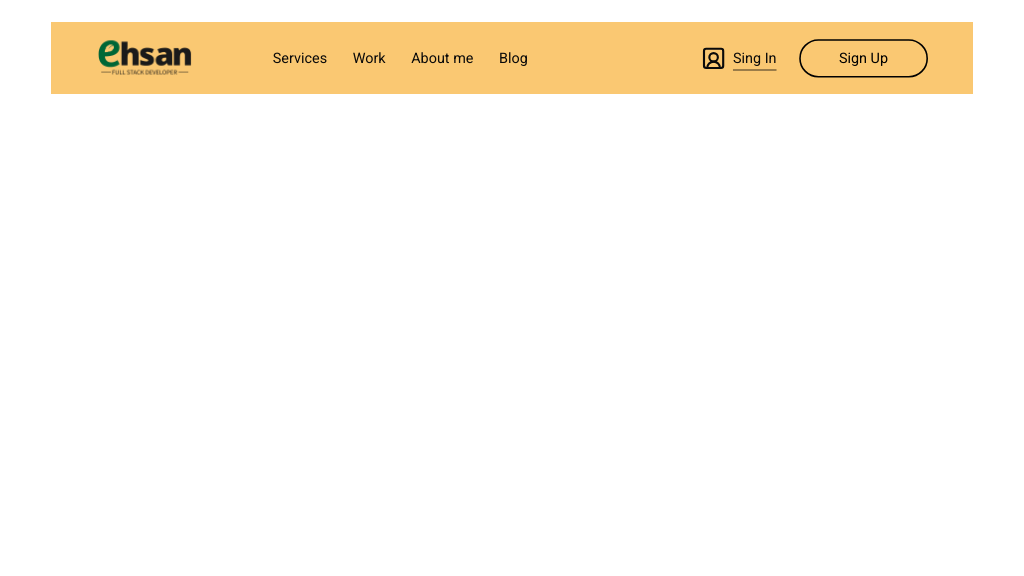
Repository: FrontendProjectsNL/mijn-portfolio-project
Page: /exercise
The author's editor kept a copy of each file at every save. The page is drawn from the files as they stood at one save, then again after the next save.
The browser window is 1280 px wide. The pictures show the whole page, at 80% of full size.
The project was rebuilt for these pictures with package versions that can differ from the ones it lists, and the page was loaded fresh each time. The framework's server and built-in components were replaced by stand-ins that run in the browser. Also part of the build but not shown: next.config.mjs.

Above is the page before, as saved 2024-10-25 13:53:29.

After the next save:
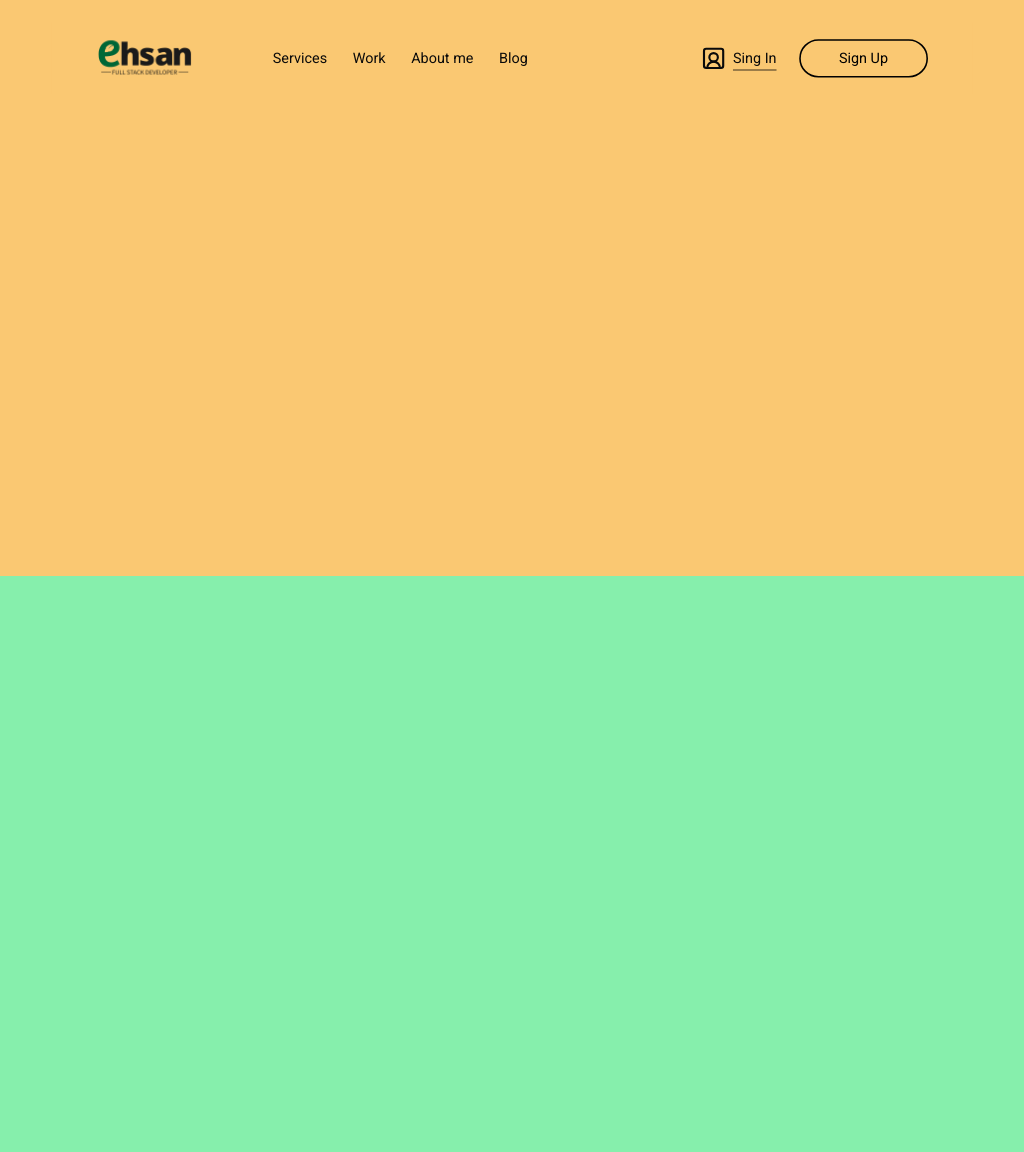
Saved 34 s later.
--- a/app/layout.tsx
+++ b/app/layout.tsx
@@ -42,7 +42,7 @@
   return (
     <html lang="en">
       <body className={`${roboto.variable} ${firaCode.variable}  antialiased`}>
-        <Header>{children}</Header>
+        {children}
       </body>
     </html>
   );

After the save that followed:
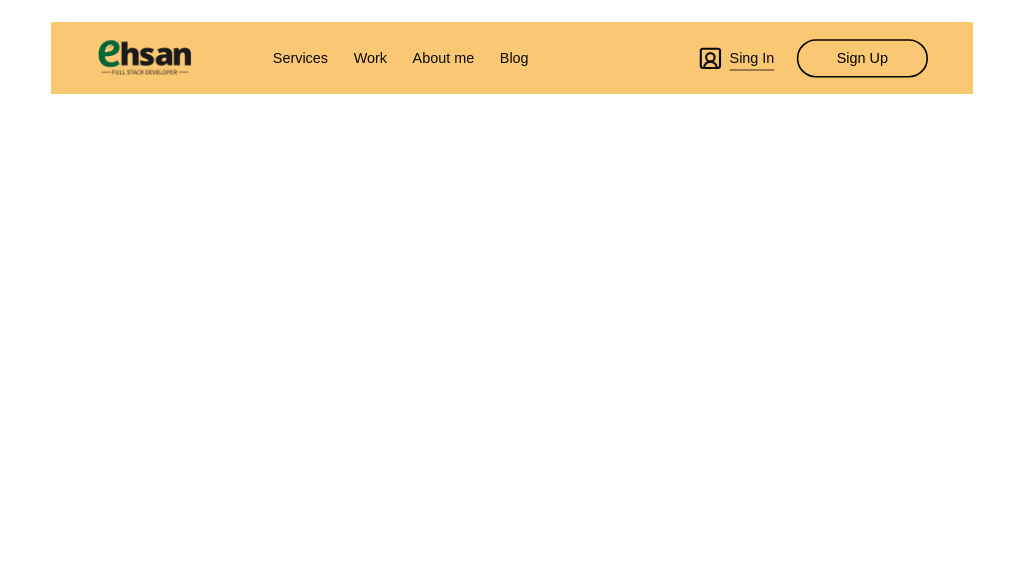
Saved 24 s later.
--- a/app/layout.tsx
+++ b/app/layout.tsx
@@ -41,9 +41,13 @@
 }>) {
   return (
     <html lang="en">
-      <body className={`${roboto.variable} ${firaCode.variable}  antialiased`}>
-        {children}
-      </body>
+      <Header>
+        <body
+          className={`${roboto.variable} ${firaCode.variable}  antialiased`}
+        >
+          {children}
+        </body>
+      </Header>
     </html>
   );
 }
